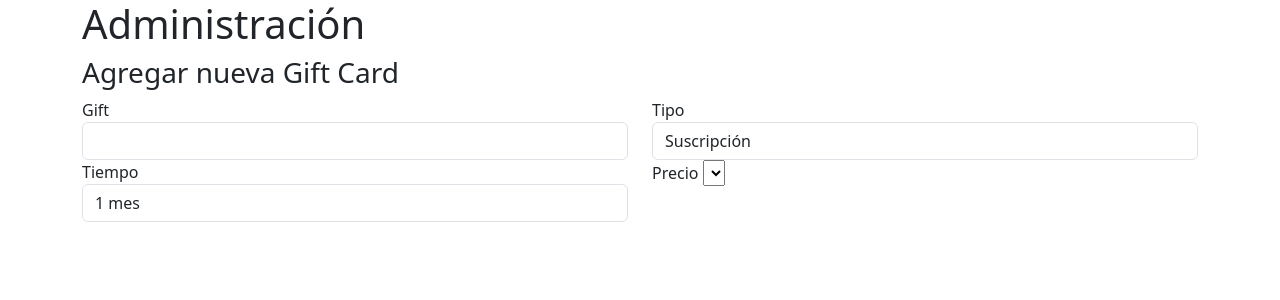
Repository: pedro-donoso/vanilla-js
Page: index.html
An editor plug-in stored every save of this project. The page is shown before and after the next save, followed by the edit.
The browser window is 1280 px wide. The pictures show the whole page.

Above is the page before, as saved 2024-01-31 13:34:46.
Console error: SyntaxError: Unexpected identifier 'assert'

### index.html
<!doctype html>
<html lang="es">

<head>
    <meta charset="utf-8">
    <meta name="viewport" content="width=device-width, initial-scale=1">
    <title>CRUD JavaScript</title>
    <link href="https://cdn.jsdelivr.net/npm/bootstrap@5.3.2/dist/css/bootstrap.min.css" rel="stylesheet"
        integrity="sha384-T3c6CoIi6uLrA9TneNEoa7RxnatzjcDSCmG1MXxSR1GAsXEV/Dwwykc2MPK8M2HN" crossorigin="anonymous">
</head>

<body>

    <div class="container">
        <div class="row">
            <div class="col">
                <h1>Administración</h1>
            </div>
        </div>
        <div class="row">
            <div class="col">
                <h3>Agregar nueva Gift Card</h3>
                <form>
                    <div class="row">
                        <div class="col">
                            <label>Gift</label>
                            <input type="text" class="form-control" id="gift" required>
                        </div>
                        <div class="col">
                            <label>Tipo</label>
                            <select id="tipo" class="form-control">
                                <option value="suscripcion">Suscripción</option>
                                <option value="compra">Compra</option>
                            </select>
                        </div>
                    </div>
                    <div class="row">
                        <div class="col">
                            <label>Tiempo</label>
                            <select id="tiempo" class="form-control">
                                <option value="1 mes">1 mes</option>
                                <option value="3 meses">3 meses</option>
                                <option value="6 meses">1 meses</option>
                            </select>
                        </div>
                        <div class="col">
                            <label>Precio</label>
                            <select id=""></select>
                        </div>
                    </div>
                </form>
            </div>
        </div>
    </div>


    <script src="https://cdn.jsdelivr.net/npm/bootstrap@5.3.2/dist/js/bootstrap.bundle.min.js"
        integrity="sha384-C6RzsynM9kWDrMNeT87bh95OGNyZPhcTNXj1NW7RuBCsyN/o0jlpcV8Qyq46cDfL"
        crossorigin="anonymous"></script>

        <script src="./js/app.js" type="module"></script>

</body>

</html>

### js/app.js
import datos from '../data/data.json' assert{type:"json"};
import {Gift} from './clases'

After the next save:
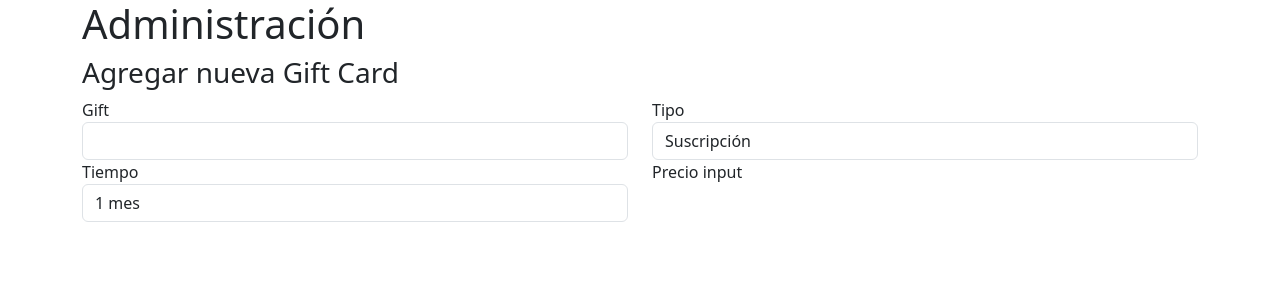
Saved 18 s later.
--- a/index.html
+++ b/index.html
@@ -45,7 +45,7 @@
                         </div>
                         <div class="col">
                             <label>Precio</label>
-                            <select id=""></select>
+                            input
                         </div>
                     </div>
                 </form>
